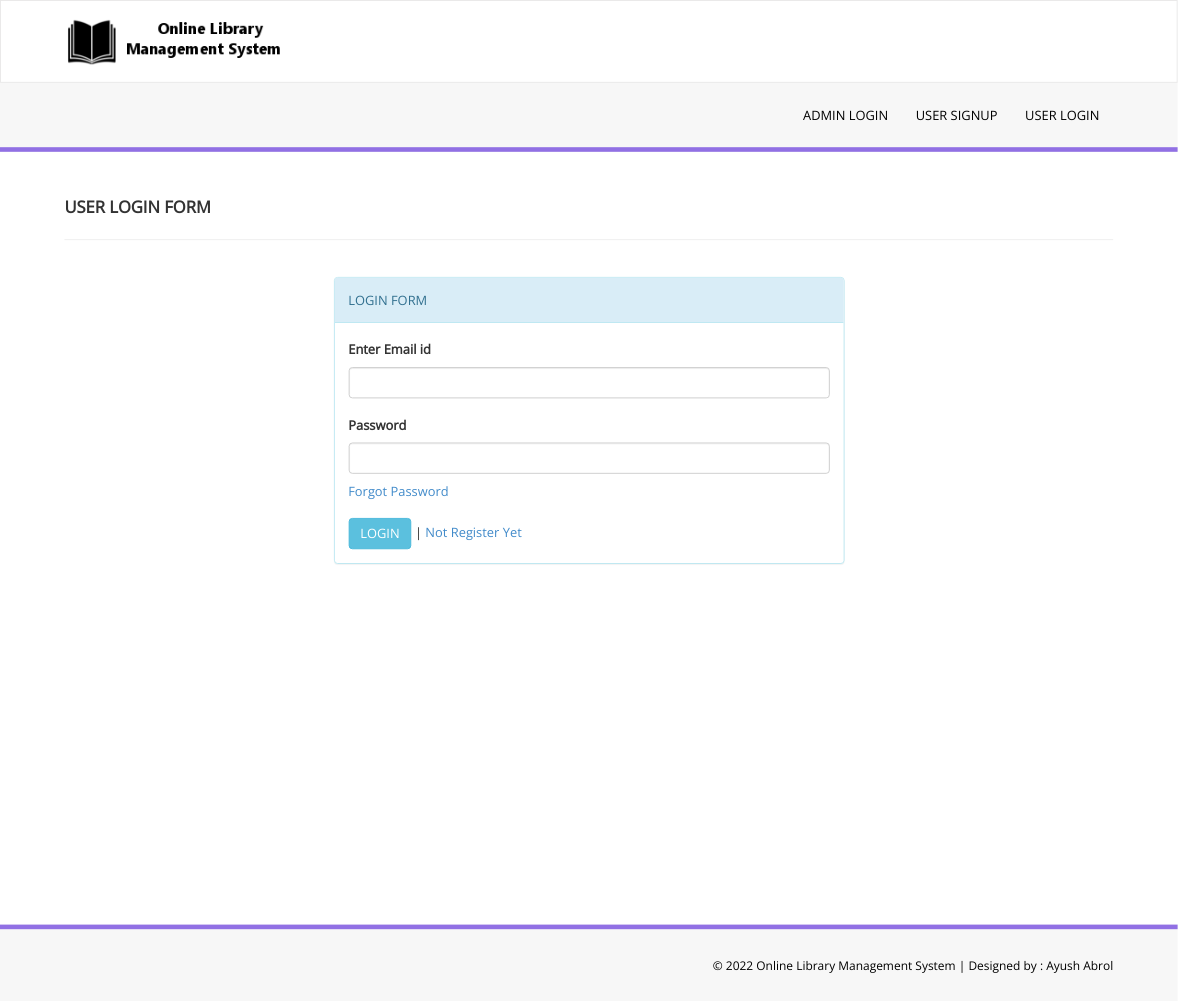
Repository: ayushabrol13/Online-Library-Management-System
Page: http://localhost/
The author's editor kept a copy of each file at every save. The page is drawn from the files as they stood at one save, then again after the next save.
The browser window is 1280 px wide. The pictures show the whole page, at 92% of full size.
The page is run by PHP 8.4 with error messages shown; the project is at /var/www/html/.

Above is the page before, as saved 2022-11-29 12:11:53.
Console error: TypeError: $(...).dataTable is not a function

After the next save:
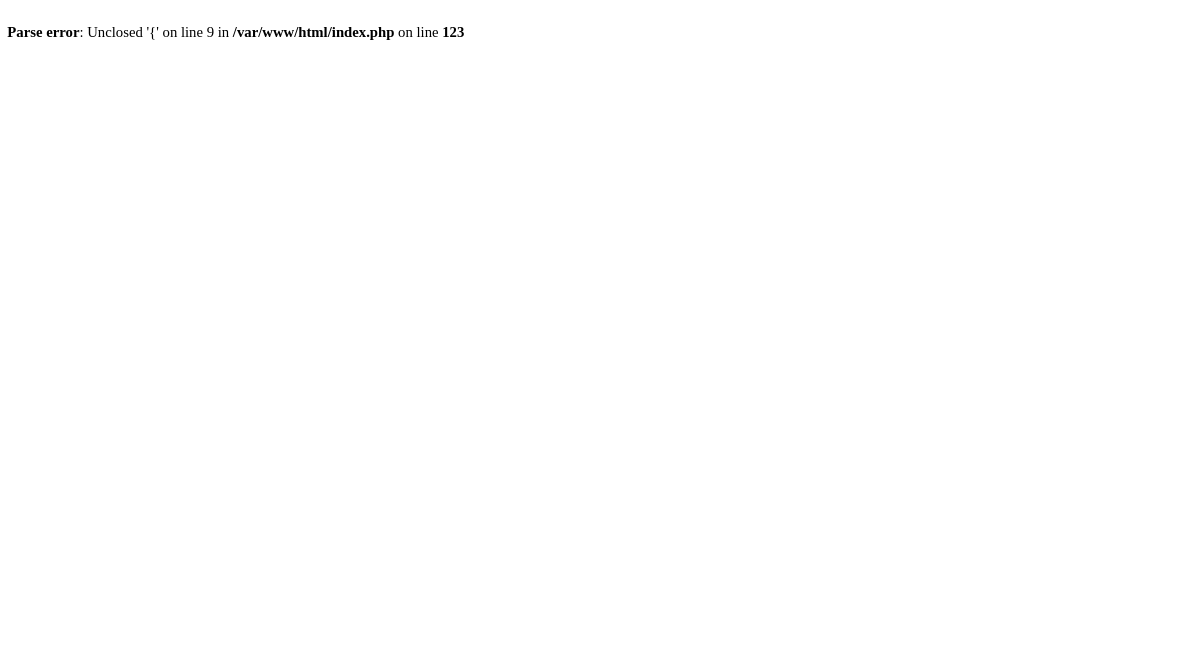
The error is gone.
Saved 18 s later.
--- a/library/index.php
+++ b/library/index.php
@@ -40,7 +40,7 @@ echo "<script>alert('Your Account Has been blocked .Please contact admin');</scr
 else{
 echo "<script>alert('Invalid Details');</script>";
 }
-}
+// }
 }
 ?>
 <!DOCTYPE html>

After the save that followed:
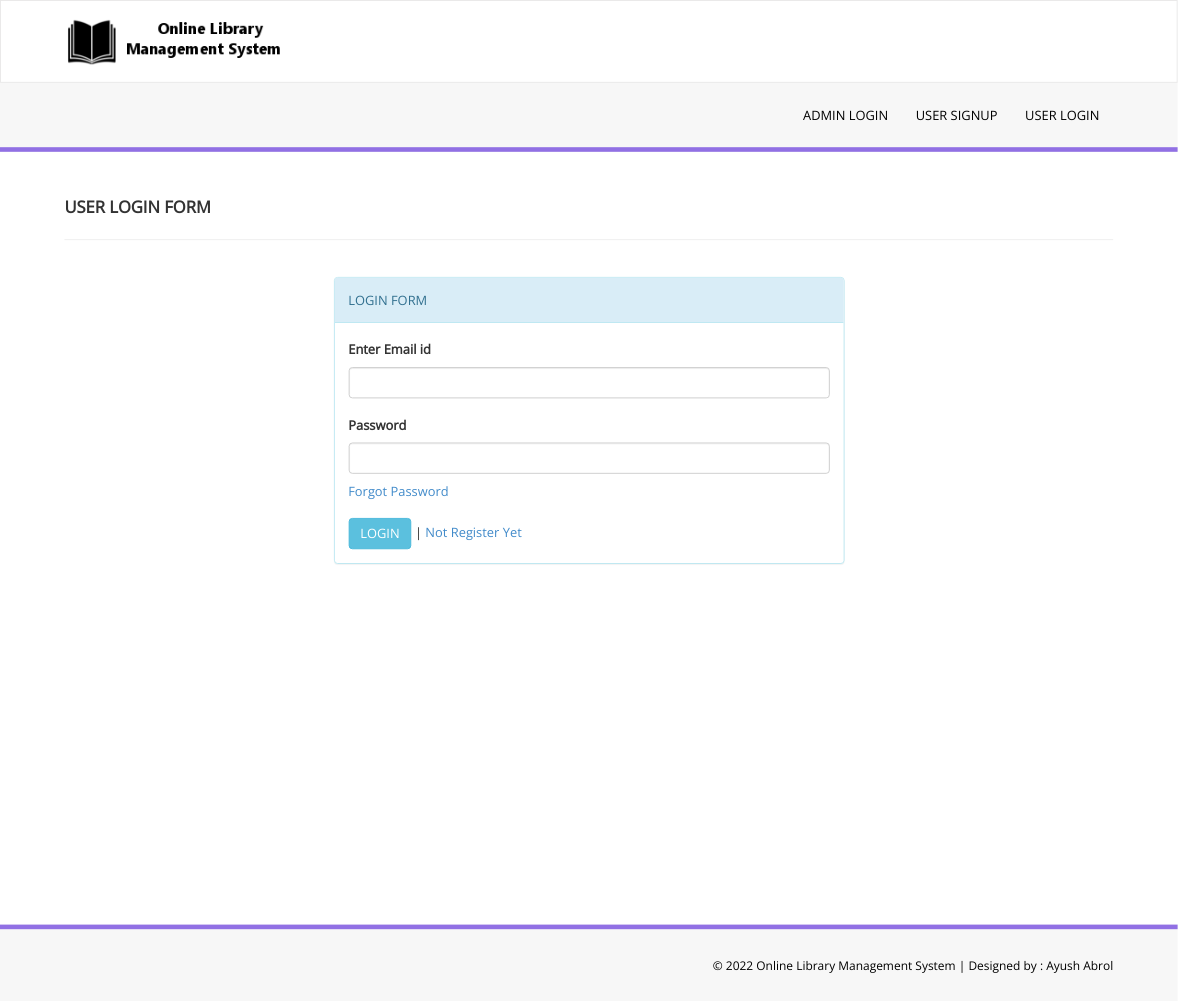
Console error: TypeError: $(...).dataTable is not a function
Saved 7 s later.
--- a/library/index.php
+++ b/library/index.php
@@ -8,10 +8,10 @@ $_SESSION['login']='';
 if(isset($_POST['login']))
 {
   //code for captach verification
-if ($_POST["vercode"] != $_SESSION["vercode"] OR $_SESSION["vercode"]=='')  {
-        echo "<script>alert('Incorrect verification code');</script>" ;
-    }
-        else {
+// if ($_POST["vercode"] != $_SESSION["vercode"] OR $_SESSION["vercode"]=='')  {
+//         echo "<script>alert('Incorrect verification code');</script>" ;
+//     }
+//         else {
 $email=$_POST['emailid'];
 $password=md5($_POST['password']);
 $sql ="SELECT EmailId,Password,StudentId,Status FROM tblstudents WHERE EmailId=:email and Password=:password";
